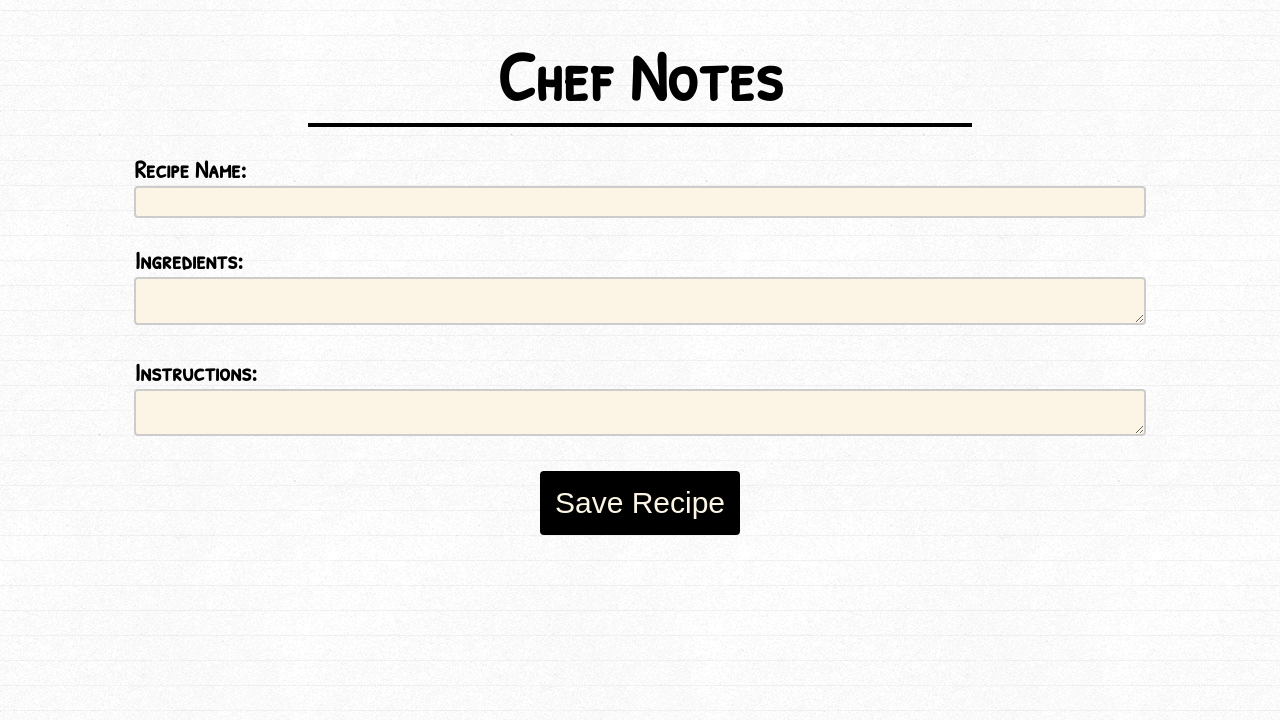
Repository: Chadloswald/RecipeSite
Page: index.html
The author's editor kept a copy of each file at every save. The page is drawn from the files as they stood at one save, then again after the next save.
The browser window is 1280 px wide. The pictures show the whole page.

Above is the page before, as saved 2023-04-09 13:44:01.

After the next save:
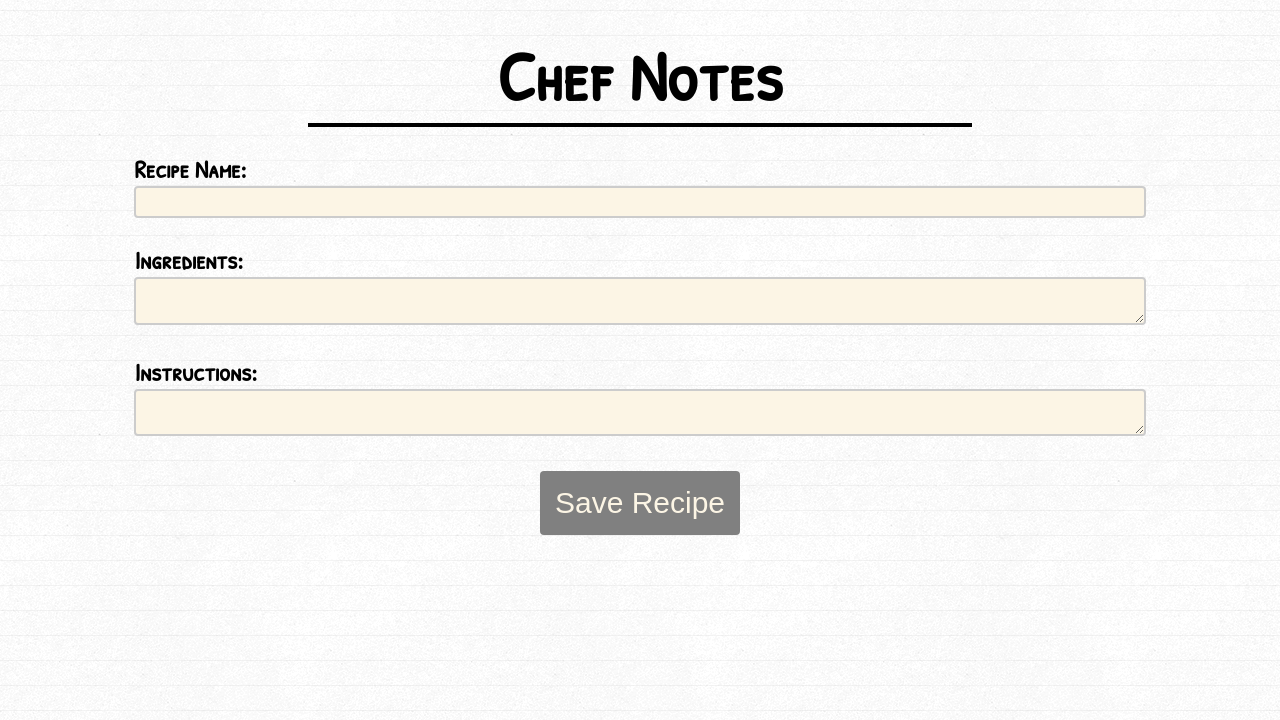
Saved 2 min 23 s later.
--- a/style.css
+++ b/style.css
@@ -53,7 +53,7 @@ button {
   margin: 1em auto;
   padding: 0.5em;
   border-radius: 4px;
-  background-color: black;
+  background-color: gray;
   color: #FCF5E5;
   font-size: 30px;
   border: none;
